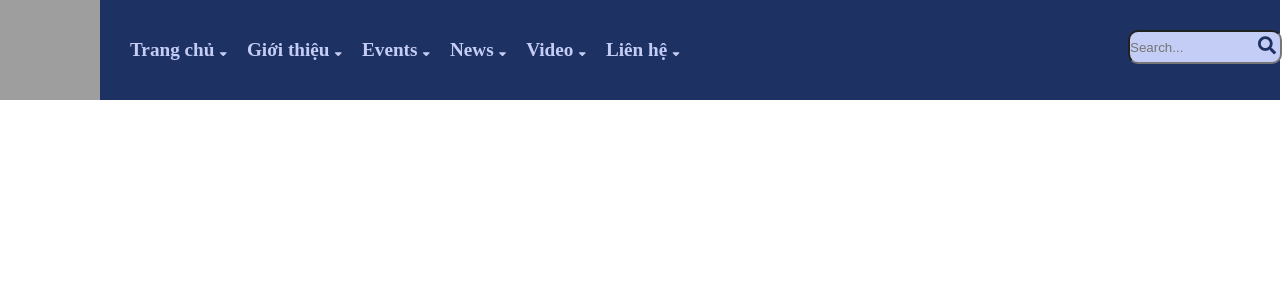
Repository: Luong-tung/newtopics
Page: index2.html
An editor plug-in stored every save of this project. The page is shown before and after the next save, followed by the edit.
The browser window is 1280 px wide. The page is 1282 px wide, then 1280 px, so the pictures cover 1282 px, including what lies to the right of the window. The pictures show the whole page.
Pictures or frames that could not be fetched are drawn as grey boxes. Some web libraries are served in a nearby version.

Above is the page before, as saved 2021-10-07 22:27:58.

### index2.html
<!DOCTYPE html>
<html lang="en">
<head>
    <meta charset="UTF-8">
    <meta http-equiv="X-UA-Compatible" content="IE=edge">
    <meta name="viewport" content="width=device-width, initial-scale=1.0">
    <title>trang web thương mai điện tử</title>
    <link rel="stylesheet" href="iu2.css">
    <link rel="stylesheet" href="https://pro.fontawesome.com/releases/v5.10.0/css/all.css" integrity="sha384-AYmEC3Yw5cVb3ZcuHtOA93w35dYTsvhLPVnYs9eStHfGJvOvKxVfELGroGkvsg+p" crossorigin="anonymous"/>
    <link rel="stylesheet" href="grid.css">

</head>
<body>
    <div class="header">
        <div class="logo">
            <img src="https://scontent.fhan4-3.fna.fbcdn.net/v/t1.15752-9/244521534_3120666654925529_7396226630018362644_n.jpg?_nc_cat=103&ccb=1-5&_nc_sid=ae9488&_nc_ohc=VPYvwfk35K0AX9N8zek&_nc_ht=scontent.fhan4-3.fna&oh=11361e826c179e37114d7c2bd928ff68&oe=6184B42C" alt="">


            <ul>
                <li><a href="#"></a>Trang chủ<i class="fas fa-sort-down"></i></li>
                <li><a href="#"></a>Giới thiệu<i class="fas fa-sort-down"></i></li>
                <li><a href="#"></a>Events<i class="fas fa-sort-down"></i></li>
                <li><a href="#"></a>News<i class="fas fa-sort-down"></i></li>
                <li><a href="#"></a>Video<i class="fas fa-sort-down"></i></li>
                <li><a href="#"></a>Liên hệ<i class="fas fa-sort-down"></i></li>
            </ul>
        </div>

        <div class="search">
            <form>

                <input type="text" name="Search" placeholder="Search..." >
                <i class="fas fa-search"></i>
            </form>
        </div>









    </div>
    <script src="./main2.js"></script>
</body>
</html>

### iu2.css
*{
    padding: 0;
    margin: 0;

}
.header{
    width: 100%;
    height: 100px;
    background:#1E3163;
    display: flex;
    justify-content: space-between;

}
.header .logo img{
    width: 100px;
    height: 100px;

}
.header .logo{
    display: flex;
    cursor: pointer;
}
.header .logo ul{
    color: #c4cdf5;
    margin-left: 20px;
    display: flex;
    align-items: center;
    justify-content: space-between;
}
.header .logo ul li{
    list-style: none;
    cursor: pointer;
    margin: 0px 5px;
    padding:5px;
    font-weight: 800;
    font-size: larger;

}
.header .logo ul li i{
    font-size: 12px;
    margin-left: 5px;
}
.header .logo ul li:hover{
    background:#c4cdf5;
    color:#092086;

}


.header .search i{
    color: #1E3163;
    font-size: 18px;
    margin-left: -24px;
    cursor: pointer;


}
.header .search input{
    width: 150px;
    height: 30px;
    background-color:#c4cdf5;
    border-radius: 10px;
    margin-top: 30px;
}

Loaded but not shown: grid.css (no stored copy; drawn as an empty file); main2.js (no stored copy; drawn as an empty file)

After the next save:
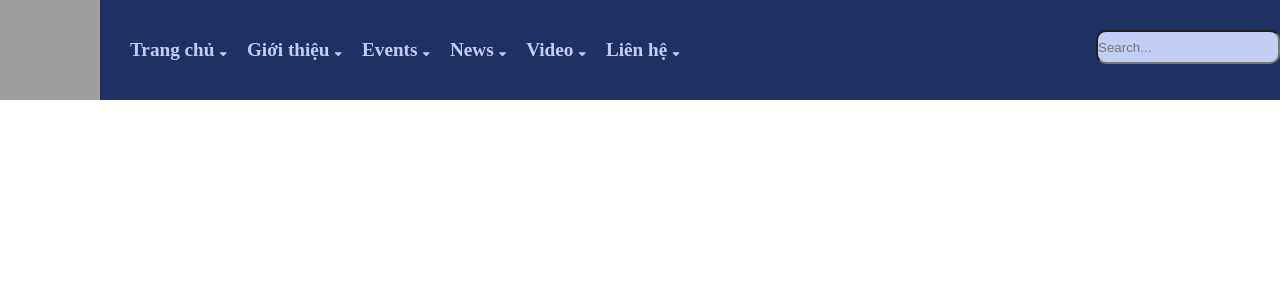
Saved 73 s later.
--- a/iu2.css
+++ b/iu2.css
@@ -56,9 +56,12 @@
 
 }
 .header .search input{
-    width: 150px;
+    width: 180px;
     height: 30px;
     background-color:#c4cdf5;
     border-radius: 10px;
     margin-top: 30px;
 }
+.header .search input:checked, .search i{
+    display: none;
+}
